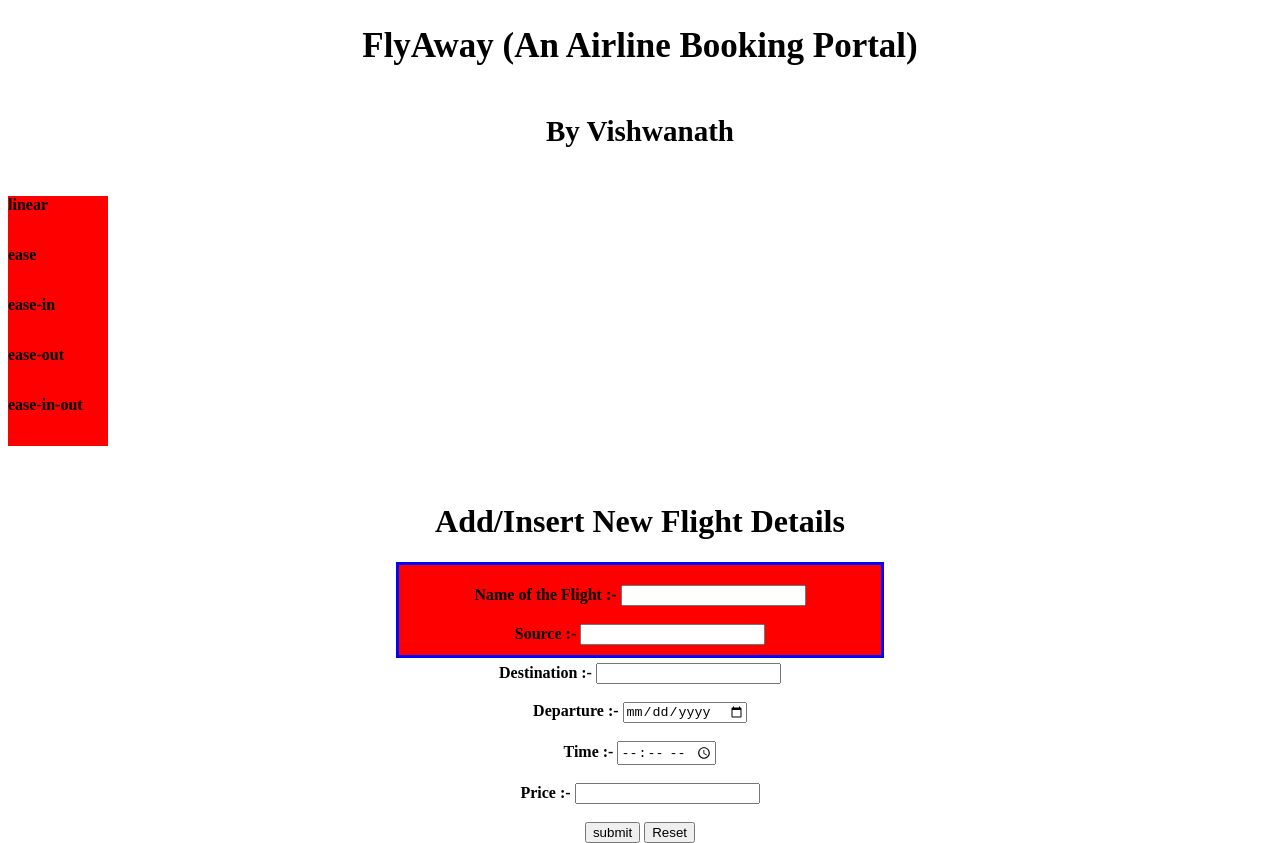
Repository: Vishu4401/FlyAway-An-Airline-Booking-Portal-
Page: http://localhost/FlyAway-An-Airline-Booking-Portal/AdminHome.jsp
These files come from the project's save history. The page is drawn as it stood at one moment and after the next save; the edit follows.
The browser window is 1280 px wide. The pictures show the whole page.
The page is served by Tomcat 9.

Above is the page before, as saved 2022-08-24 04:24:50.

After the next save:
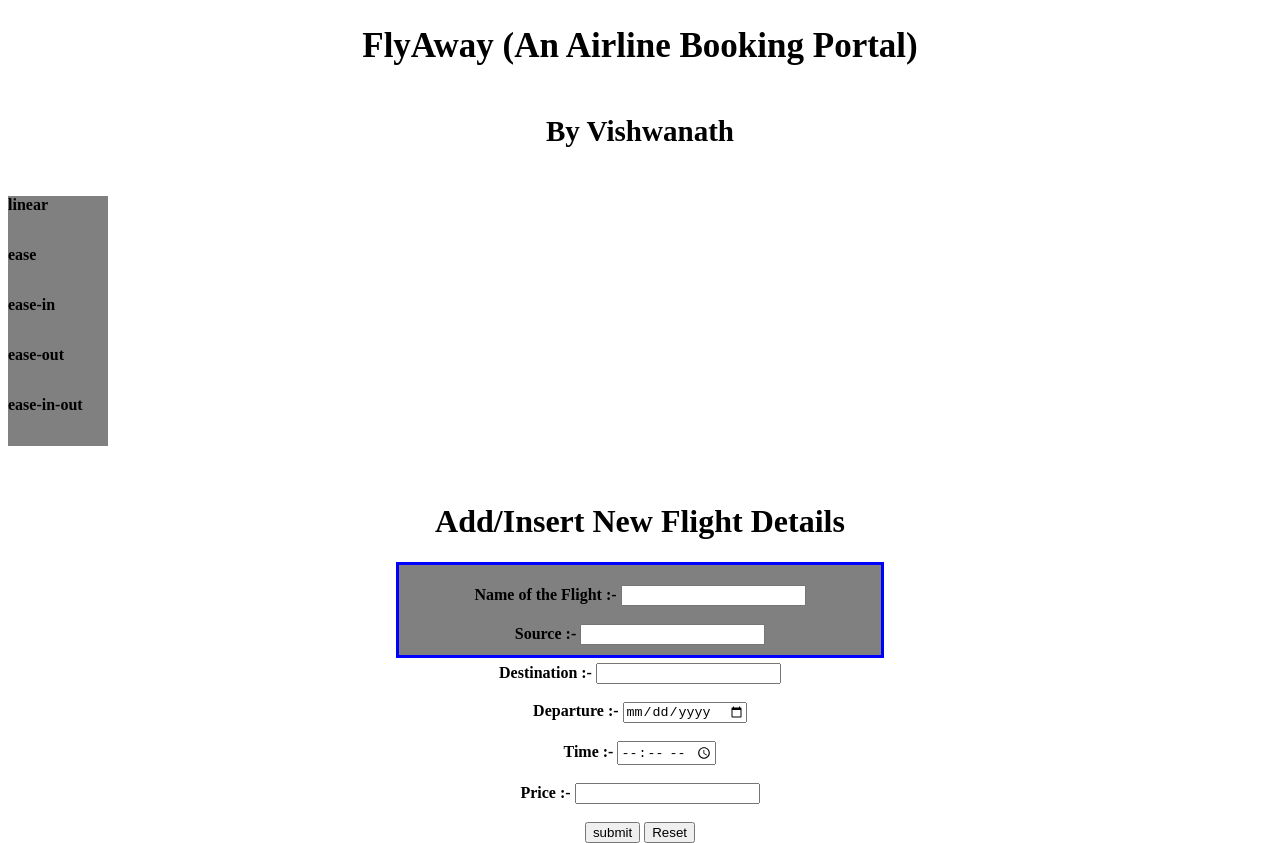
Saved 22 s later.
--- a/FlyAway-An-Airline-Booking-Portal/src/main/webapp/AdminHome.jsp
+++ b/FlyAway-An-Airline-Booking-Portal/src/main/webapp/AdminHome.jsp
@@ -8,7 +8,7 @@
 div {
   width: 100px;
   height: 50px;
-  background-color: red;
+  background-color: grey;
   font-weight: bold;
   position: relative;
   animation: mymove 5s;
